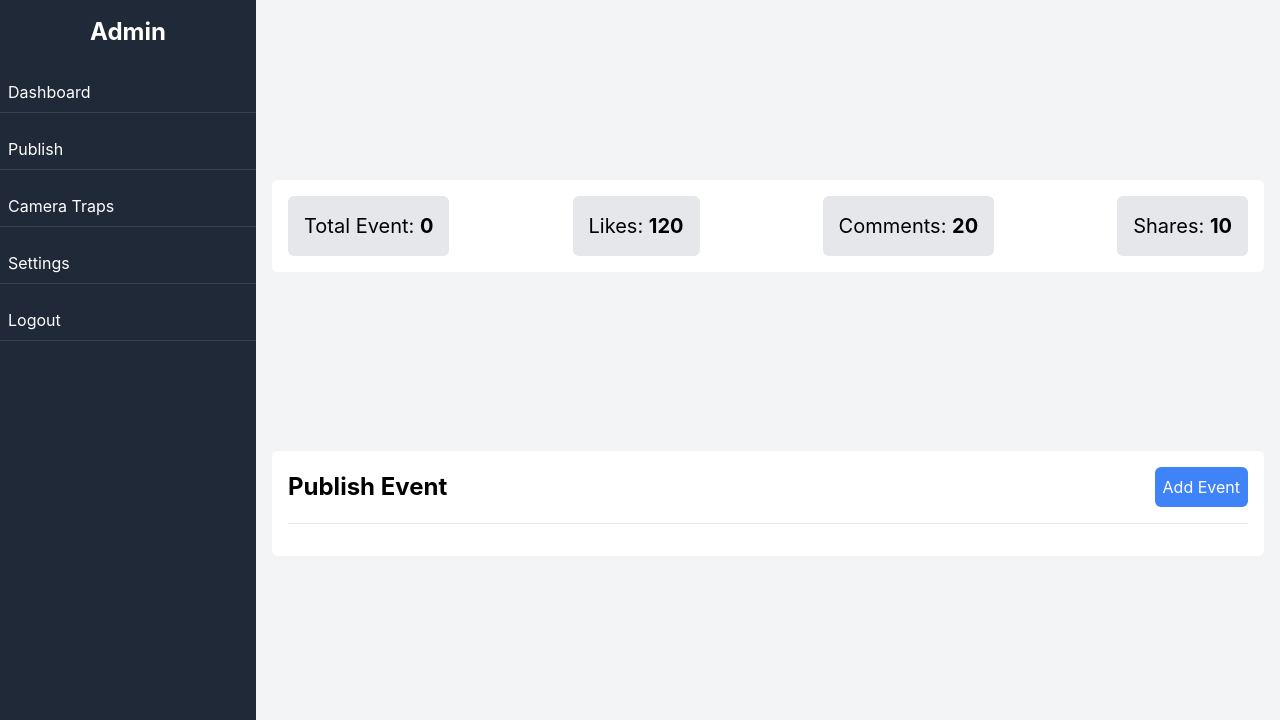
Repository: DominicMathew240/wildlife
Page: /pages/admin/dashboard/admin_publish
The author's editor kept a copy of each file at every save. The page is drawn from the files as they stood at one save, then again after the next save.
The browser window is 1280 px wide. The pictures show the whole page.
The page's requests for data from a server got no answer. Some web libraries are served in a nearby version. The project was rebuilt for these pictures with package versions that can differ from the ones it lists, and the page was loaded fresh each time. The framework's server and built-in components were replaced by stand-ins that run in the browser. No one was signed in, and anything a server would have sent is missing. Also part of the build but not shown: next.config.mjs, src/app/pages/admin/components/addEvent.js.

Above is the page before, as saved 2024-11-25 18:48:48.

### src/app/layout.js
import localFont from "next/font/local";
import "./globals.css";

const geistSans = localFont({
  src: "./fonts/GeistVF.woff",
  variable: "--font-geist-sans",
  weight: "100 900",
});
const geistMono = localFont({
  src: "./fonts/GeistMonoVF.woff",
  variable: "--font-geist-mono",
  weight: "100 900",
});

export const metadata = {
  title: "Wild Life",
  description: "Wild Life of Sarawak",
};

export default function RootLayout({ children }) {
  return (
    <html lang="en">
      <head>
        <link href="https://cdn.jsdelivr.net/npm/flowbite@2.5.1/dist/flowbite.min.css" rel="stylesheet" />
      </head>
      <body className={`${geistSans.variable} ${geistMono.variable} antialiased`} >
        {children}

        <script src="https://cdn.jsdelivr.net/npm/flowbite@2.5.1/dist/flowbite.min.js"></script>
      </body>
    </html>
  );
}

### src/app/pages/admin/dashboard/admin_publish/page.js
// Display all the content of the publish story
"use client";

import React, { useEffect, useState } from "react";
import axios from "axios";

// Components
import Sidebar from "../../components/sidebar";
import AddEvent from "../../components/addEvent";

export default function PublishStory() {
    const [events, setEvents] = useState([]);
    const [eventCount, setEventCount] = useState(0);
    const [isModalOpen, setIsModalOpen] = useState(false);
    const [selectedEvent, setSelectedEvent] = useState(null);
    const [isEditModalOpen, setIsEditModalOpen] = useState(false);
    const [editEventData, setEditEventData] = useState({ title: "", date: "", description: "", location: "", article: "" });
    const [isDeleteConfirmOpen, setIsDeleteConfirmOpen] = useState(false);

    useEffect(() => {
        fetchEvents();
    }, []);

    const fetchEvents = () => {
        // Fetch all the content of the event
        axios.get("http://localhost:4000/events")
            .then(response => {
                const sortedEvents = sortEventsByDate(response.data);
                setEvents(sortedEvents);
                setEventCount(sortedEvents.length);
            })
            .catch(error => {
                console.error("Error fetching events:", error);
            });
    };

    const sortEventsByDate = (events) => {
        return events.sort((a, b) => new Date(b.date) - new Date(a.date));
    };

    const formatDate = (dateString) => {
        const options = { year: 'numeric', month: 'long', day: 'numeric' };
        return new Date(dateString).toLocaleDateString(undefined, options);
    };

    const openModal = () => {
        setIsModalOpen(true);
    };

    const closeModal = () => {
        setIsModalOpen(false);
        fetchEvents(); // Refresh events after closing the modal
    };

    const openEventModal = (event) => {
        setSelectedEvent(event);
    };

    const closeEventModal = () => {
        setSelectedEvent(null);
    };

    const openEditModal = (event) => {
        setEditEventData(event);
        setIsEditModalOpen(true);
    };

    const closeEditModal = () => {
        setIsEditModalOpen(false);
    };

    const handleEditChange = (e) => {
        const { name, value } = e.target;
        setEditEventData({ ...editEventData, [name]: value });
    };

    const saveEditEvent = () => {
        const { event_id, title, date, location, description, article } = editEventData;
        const updatedEventData = { title, date: date.split('T')[0], location, description, article }; // Exclude image field
        axios.put(`http://localhost:4000/events/edit/${event_id}`, updatedEventData)
            .then(() => {
                fetchEvents();
                closeEditModal();
                window.location.reload(); // Refresh the page to get the new update
            })
            .catch(error => {
                console.error("Error saving edited event:", error);
            });
    };

    const editEvent = (event) => {
        // Implement edit functionality
        console.log("Edit event:", event);
    };

    const deleteEvent = (eventId) => {
        // Implement delete functionality
        axios.delete(`http://localhost:4000/events/delete/${eventId}`)
            .then(() => {
                fetchEvents();
                closeEventModal();
            })
            .catch(error => {
                console.error("Error deleting event:", error);
            });
    };

    const openDeleteConfirmModal = (event) => {
        setSelectedEvent(event);
        setIsDeleteConfirmOpen(true);
    };

    const closeDeleteConfirmModal = () => {
        setIsDeleteConfirmOpen(false);
    };

    const confirmDeleteEvent = () => {
        axios.delete(`http://localhost:4000/events/delete/${selectedEvent.event_id}`)
            .then(() => {
                fetchEvents();
                closeDeleteConfirmModal();
                closeEventModal();
            })
            .catch(error => {
                console.error("Error deleting event:", error);
            });
    };

    return (
        <div className="flex flex-row h-screen bg-gray-100">
            <div className="w-1/5">
                <Sidebar />
            </div>

            <div className="gap-4 w-full max-h-screen overflow-y-auto text-black flex flex-col justify-evenly items-center p-4 mt-4">

                {/* 4 row box, display number of publish story and likes */}
                <div className="flex flex-row justify-between items-center  bg-white p-4 rounded-md w-full">
                    <div className="flex bg-gray-200 p-4 rounded-md flex-col items-center">
                        <p className="text-xl">Total Event:  <span className="font-bold">{eventCount}</span></p>
                    </div>
                    <div className="flex bg-gray-200 p-4 rounded-md flex-col items-center">
                        <p className="text-xl">Likes: <span className="font-bold">120</span></p>
                    </div>
                    <div className="flex bg-gray-200 p-4 rounded-md flex-col items-center">
                        <p className="text-xl">Comments: <span className="font-bold">20</span></p>
                    </div>
                    <div className="flex bg-gray-200 p-4 rounded-md flex-col items-center">
                        <p className="text-xl">Shares: <span className="font-bold">10</span></p>
                    </div>
                </div>


                <div className="flex flex-col justify-between bg-white rounded-md w-full p-4 mt-4">
                    <div className="flex flex-row justify-between items-center w-full">
                        <h1 className="text-2xl font-bold">Publish Event</h1>
                        <button onClick={openModal} className="p-2 bg-blue-500 text-white rounded-md hover:bg-blue-600">
                            Add Event
                        </button>
                    </div>

                    <hr className="bg-black my-4" />

                    {events.map((event) => (
                        <div key={event.event_id} className="flex flex-row justify-evenly items-center w-full my-4 cursor-pointer" onClick={() => openEventModal(event)}>
                            {/* <img className="object-cover" src="https://placehold.co/200x200" alt="Logo" width={200} height={200} /> */}
                            <img src={event.img_url} alt={event.title} className="w-[280px] h-[200px] object-cover rounded-md" />
                            <div className="flex flex-col justify-center items-start w-1/2 ml-4">

                                {/* Event Header */}
                                <div className="flex flex-row mb-2">
                                    <p className="text-md text-center mr-4 flex flex-row">
                                        <svg xmlns="http://www.w3.org/2000/svg" fill="none" viewBox="0 0 24 24" strokeWidth="1.5" stroke="currentColor" className="h-6 w-6 mr-1">
                                            <path strokeLinecap="round" strokeLinejoin="round" d="M12 6v6h4.5m4.5 0a9 9 0 1 1-18 0 9 9 0 0 1 18 0Z" />
                                        </svg>
                                        {formatDate(event.date)}
                                    </p>
                                    <p className="text-md text-center flex flex-row">
                                        <svg xmlns="http://www.w3.org/2000/svg" fill="none" viewBox="0 0 24 24" strokeWidth="1.5" stroke="currentColor" className="w-6 h-6 mr-1">
                                            <path strokeLinecap="round" strokeLinejoin="round" d="M15 10.5a3 3 0 1 1-6 0 3 3 0 0 1 6 0Z" />
                                            <path strokeLinecap="round" strokeLinejoin="round" d="M19.5 10.5c0 7.142-7.5 11.25-7.5 11.25S4.5 17.642 4.5 10.5a7.5 7.5 0 1 1 15 0Z" />
                                        </svg>
                                        New
                                    </p>
                                </div>

                                <h3 className="mb-4 font-extrabold text-xl text-center">{event.title}</h3>
                                <p className="text-sm">{event.description}</p>
                            </div>
                        </div>
                    ))}
                </div>
            </div>

            {/* Modal for publishing new event */}
            {isModalOpen && (
                <div className="fixed inset-0 bg-black bg-opacity-50 flex justify-center items-center">
                    <div className="w-4/5 h-4/5 bg-white rounded-lg shadow-lg p-4">
                        <button onClick={closeModal} className="p-2 text-black rounded-md hover:text-red-600">
                            X
                        </button>
                        <AddEvent onEventAdded={fetchEvents} closeModal={closeModal} />
                    </div>
                </div>
            )}

            {/* Modal for displaying full event write-up */}
            {selectedEvent && (
                <div className="fixed inset-0 bg-black bg-opacity-50 flex justify-center items-center">
                    <div className="w-4/5 h-4/5 bg-white rounded-lg shadow-lg p-4 overflow-y-auto relative">
                        <div className="flex justify-between items-center mb-4">
                            <h2 className="text-2xl font-bold">{selectedEvent.title}</h2>

                            {/* Modal Button */}
                            <div className="flex space-x-2">
                                <button onClick={() => openEditModal(selectedEvent)} className="p-2 bg-yellow-500 text-white rounded-md hover:bg-yellow-600">
                                    Edit
                                </button>
                                <button onClick={() => openDeleteConfirmModal(selectedEvent)} className="p-2 bg-red-500 text-white rounded-md hover:bg-red-600">
                                    Delete
                                </button>
                                <button onClick={closeEventModal} className="p-2 text-black rounded-md hover:text-red-600">
                                    X
                                </button>
                            </div>
                        </div>
                        <div className="flex flex-col">
                            {/* Display the image */}
                            <img src="https://placehold.co/200x200" alt={selectedEvent.title} className="w-full h-40 object-cover rounded-md" />
                        </div>
                        <p className="text-md mb-4 font-bold">{formatDate(selectedEvent.date)}</p>
                        <p className="text-sm font-semibold">Title: {selectedEvent.description}</p>
                        <p className="text-sm mt-4 font-semibold">Paragraph:</p>
                        {selectedEvent.article.split('\n').map((line, index) => (
                            <p key={index} className="text-sm mt-2">{line}</p>
                        ))}
                    </div>
                </div>
            )}

            {/* Modal for editing event */}
            {isEditModalOpen && (
                <div className="fixed inset-0 bg-black bg-opacity-50 flex justify-center items-center">
                    <div className="w-4/5 h-4/5 bg-white rounded-lg shadow-lg p-4 overflow-y-auto relative">
                        <button onClick={closeEditModal} className="absolute top-4 right-4 p-2 text-black rounded-md hover:text-red-600">
                            X
                        </button>
                        <div className="flex flex-col space-y-4">
                            <h2 className="text-2xl font-bold">Edit Event</h2>
                            {/* Ignore the image */}
                            <img src="https://placehold.co/200x200" alt="Event" className="w-full h-40 object-cover rounded-md" />

                            <input
                                type="text"
                                name="title"
                                value={editEventData.title}
                                onChange={handleEditChange}
                                className="p-2 border border-gray-300 rounded-md"
                                placeholder="Title"
                            />
                            <input
                                type="date"
                                name="date"
                                value={editEventData.date}
                                onChange={handleEditChange}
                                className="p-2 border border-gray-300 rounded-md"
                                placeholder="Date"
                            />
                            {/* Location */}
                            <input
                                type="text"
                                name="location"
                                value={editEventData.location}
                                onChange={handleEditChange}
                                className="p-2 border border-gray-300 rounded-md"
                                placeholder="Location"
                            />
                            <textarea
                                name="description"
                                value={editEventData.description}
                                onChange={handleEditChange}
                                className="p-2 border border-gray-300 rounded-md"
                                placeholder="Description"
                                rows="4"
                            />
                            {/* Display the paragraph in different text area if got a lot */}
                            <textarea
                                name="article"
                                value={editEventData.article}
                                onChange={handleEditChange}
                                className="p-2 border border-gray-300 rounded-md"
                                placeholder="Article"
                                rows="4"
                            />
                            <button onClick={saveEditEvent} className="p-2 bg-blue-500 text-white rounded-md hover:bg-blue-600">
                                Save
                            </button>
                        </div>
                    </div>
                </div>
            )}

            {/* Modal for delete confirmation */}
            {isDeleteConfirmOpen && (
                <div className="fixed inset-0 bg-black bg-opacity-50 flex justify-center items-center">
                    <div className="w-1/3 bg-white rounded-lg shadow-lg p-4">
                        <h2 className="text-xl font-bold mb-4">Confirm Delete</h2>
                        <p>Are you sure you want to delete the event titled <strong>{selectedEvent.title}</strong>?</p>
                        <div className="flex justify-end space-x-4 mt-4">
                            <button onClick={closeDeleteConfirmModal} className="p-2 bg-gray-300 text-black rounded-md hover:bg-gray-400">
                                Cancel
                            </button>
                            <button onClick={confirmDeleteEvent} className="p-2 bg-red-500 text-white rounded-md hover:bg-red-600">
                                Delete
                            </button>
                        </div>
                    </div>
                </div>
            )}
        </div>
    );
}

### src/app/globals.css
@tailwind base;
@tailwind components;
@tailwind utilities;

.thank-you-animation {
    font-size: 3rem;
    animation: bounce 1s infinite;
}

@keyframes bounce {
    0%, 100% {
        transform: translateY(0);
    }
    50% {
        transform: translateY(-20px);
    }
}

html {
    scroll-behavior: smooth;
}

### src/app/pages/admin/components/sidebar.js
import React from "react";
import Link from "next/link";

export default function Sidebar() {
    return (
        <aside className="flex flex-col justify-start items-center w-64 h-screen bg-gray-800 text-white">
            <h1 className="text-2xl font-bold mt-4">Admin</h1>
            <ul className="flex flex-col justify-start items-center w-full mt-4">
                <Link href="/pages/admin/dashboard" className="w-full p-2 my-2 border-b border-gray-700">Dashboard</Link>
                <Link href="/pages/admin/dashboard/admin_publish" className="w-full p-2 my-2 border-b border-gray-700">Publish</Link>
                <Link href="/pages/admin/dashboard/camera_traps" className="w-full p-2 my-2 border-b border-gray-700">Camera Traps</Link>
                <Link href="/pages/admin/dashboard/admin_roles" className="w-full p-2 my-2 border-b border-gray-700">Settings</Link>
                <a href="/" className="w-full p-2 my-2 border-b border-gray-700">Logout</a>
            </ul>
        </aside>
    );
}

Loaded but not shown: tailwind.config.js (common file)

After the next save:
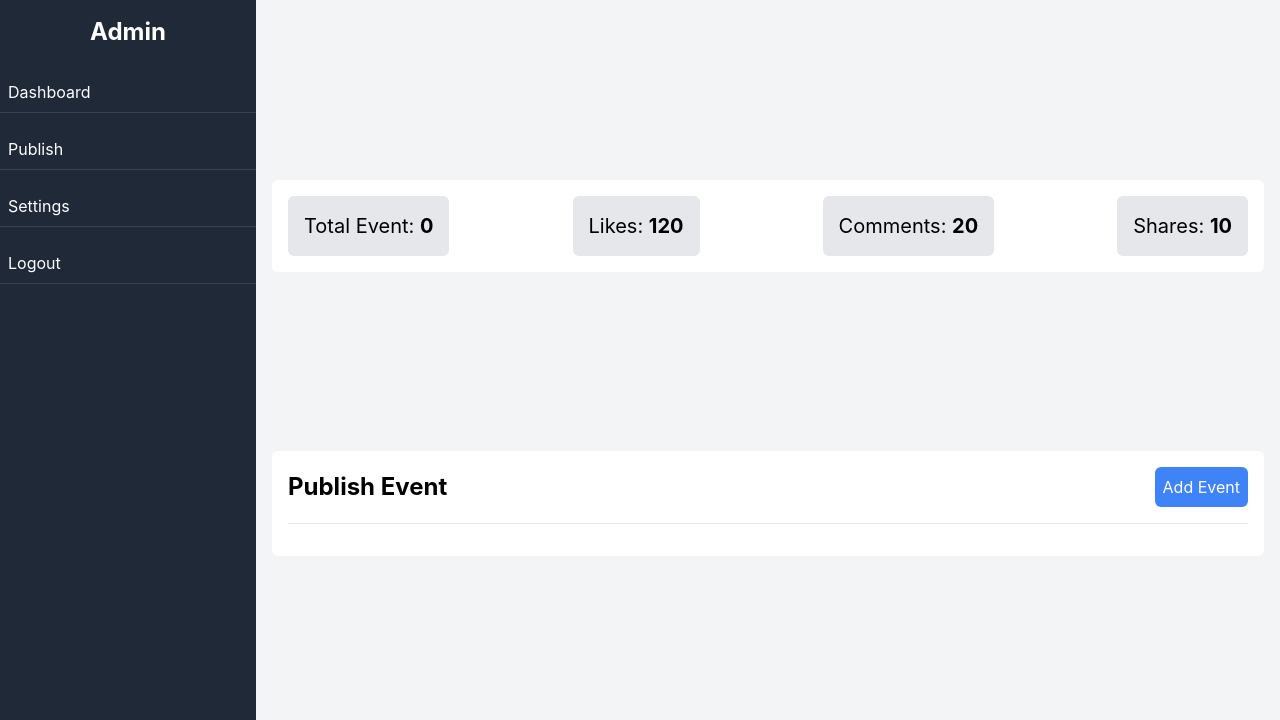
Saved 5 s later.
--- a/src/app/pages/admin/components/sidebar.js
+++ b/src/app/pages/admin/components/sidebar.js
@@ -8,7 +8,6 @@ export default function Sidebar() {
             <ul className="flex flex-col justify-start items-center w-full mt-4">
                 <Link href="/pages/admin/dashboard" className="w-full p-2 my-2 border-b border-gray-700">Dashboard</Link>
                 <Link href="/pages/admin/dashboard/admin_publish" className="w-full p-2 my-2 border-b border-gray-700">Publish</Link>
-                <Link href="/pages/admin/dashboard/camera_traps" className="w-full p-2 my-2 border-b border-gray-700">Camera Traps</Link>
                 <Link href="/pages/admin/dashboard/admin_roles" className="w-full p-2 my-2 border-b border-gray-700">Settings</Link>
                 <a href="/" className="w-full p-2 my-2 border-b border-gray-700">Logout</a>
             </ul>
